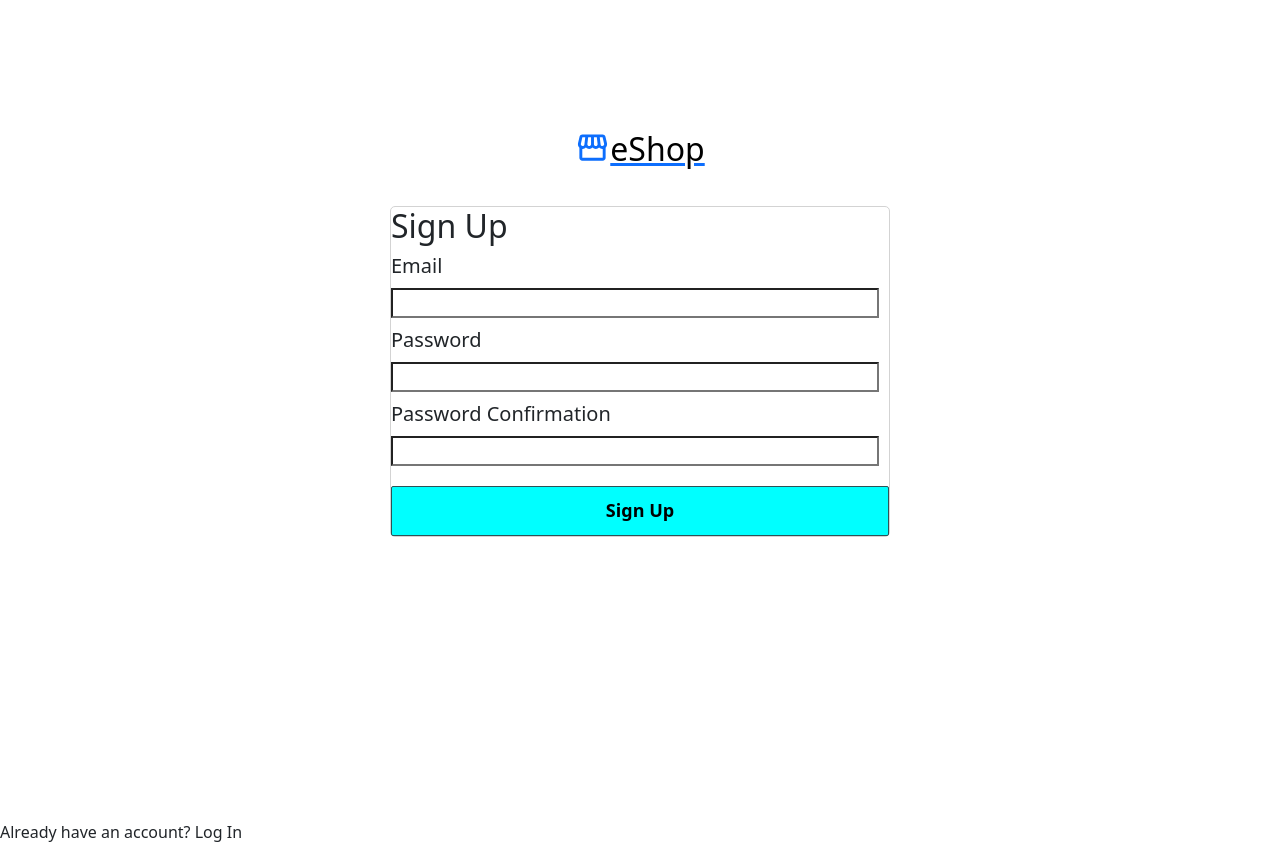
Repository: carinvid/reach-eshop
Page: /signup
An editor plug-in stored every save of this project. The page is shown before and after the next save, followed by the edit.
The browser window is 1280 px wide. The pictures show the whole page.
The page's requests for data from a server got no answer. The project was rebuilt for these pictures with package versions that can differ from the ones it lists, and the page was loaded fresh each time. No one was signed in, and anything a server would have sent is missing. Also part of the build but not shown: src/Header.css, src/Header.js, src/Home.css, src/Product.css, src/Product.js, src/Home.js, src/Checkout.css, src/CheckoutProduct.css and 6 more.

Above is the page before, as saved 2022-04-06 16:17:42.

After the next save:
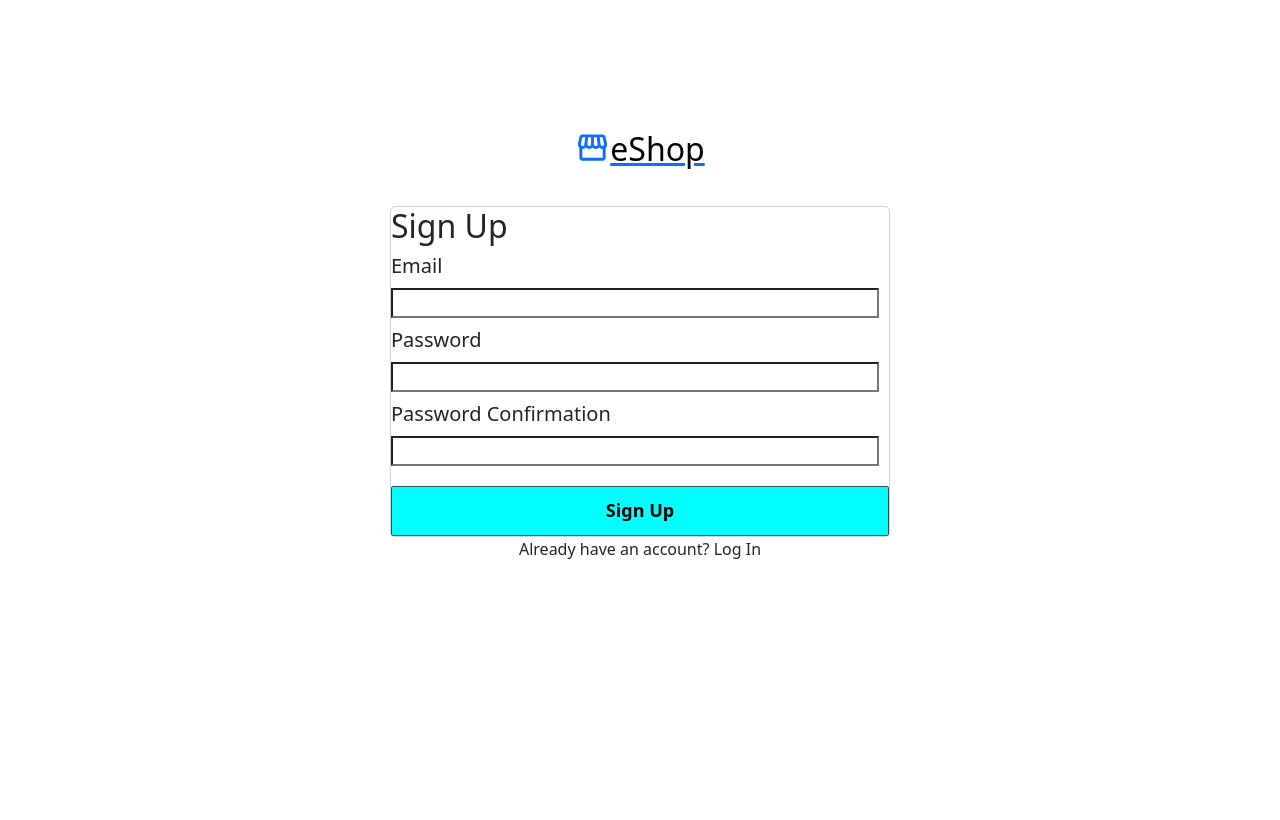
Saved 4 min 43 s later.
--- a/src/Signup.js
+++ b/src/Signup.js
@@ -34,11 +34,11 @@ export default function Signup() {
                     <button type="submit" className="signup-signupButton">Sign Up</button>
             </form>
         </div>
+        <p>Already have an account? Log In</p>
     </div>
 
-    <div className="goToLogin">
-        Already have an account? Log In
-    </div>
+
+
     </>
   )
 }
